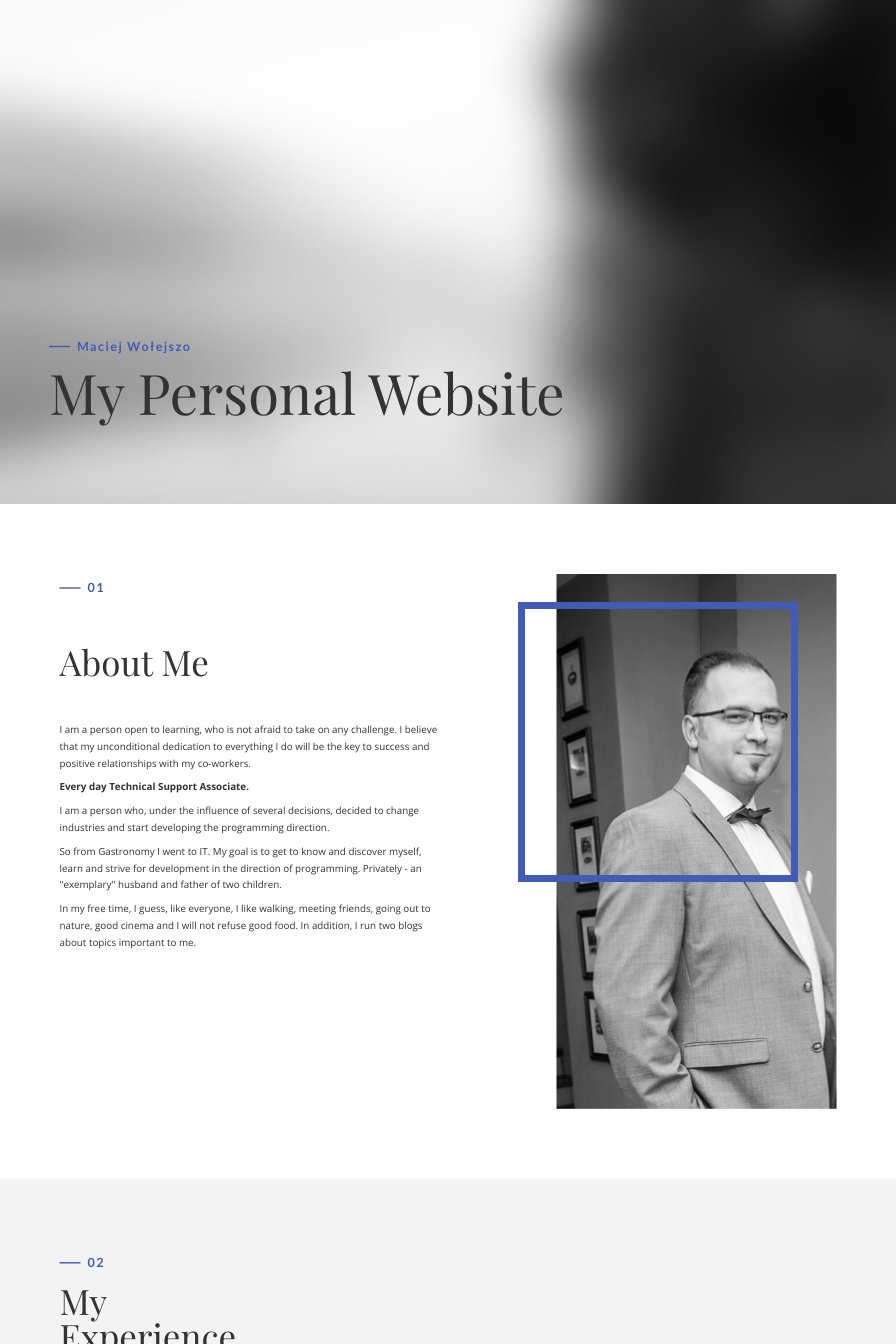
Repository: Maciej85Lodz/maciejwolejszo.pl
Page: index.html
The author's editor kept a copy of each file at every save. The page is drawn from the files as they stood at one save, then again after the next save.
The browser window is 1280 px wide. The pictures show the part of the page from y = 0 to 1920 px (the page is 5976 px tall), at 70% of full size.
Some icons come from a web library that is not loaded, so they are not drawn. Some web fonts or font styles are not loaded; a fallback is used. Some web libraries are served in a nearby version.

Above is the page before, as saved 2019-07-01 14:01:22.

After the next save:
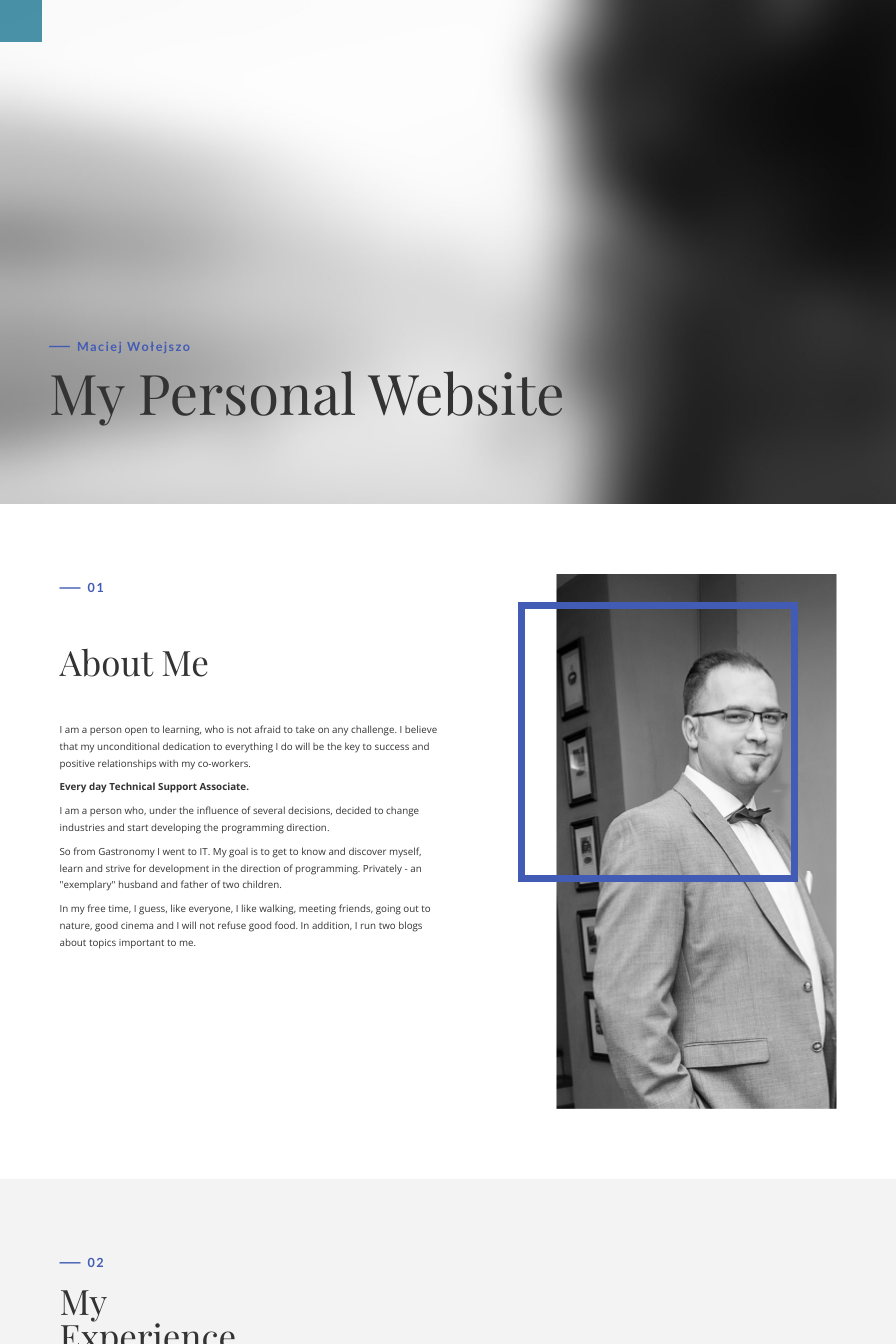
Saved 29 s later.
--- a/css/menu.css
+++ b/css/menu.css
@@ -41,7 +41,7 @@
     width: 60px;
     height: 60px;
     padding: 1rem;
-    /*background: var(--primary-color);*/
+    background: var(--primary-color);
     display: flex;
     align-items: center;
     justify-content: center;

After the 2 saves that followed:
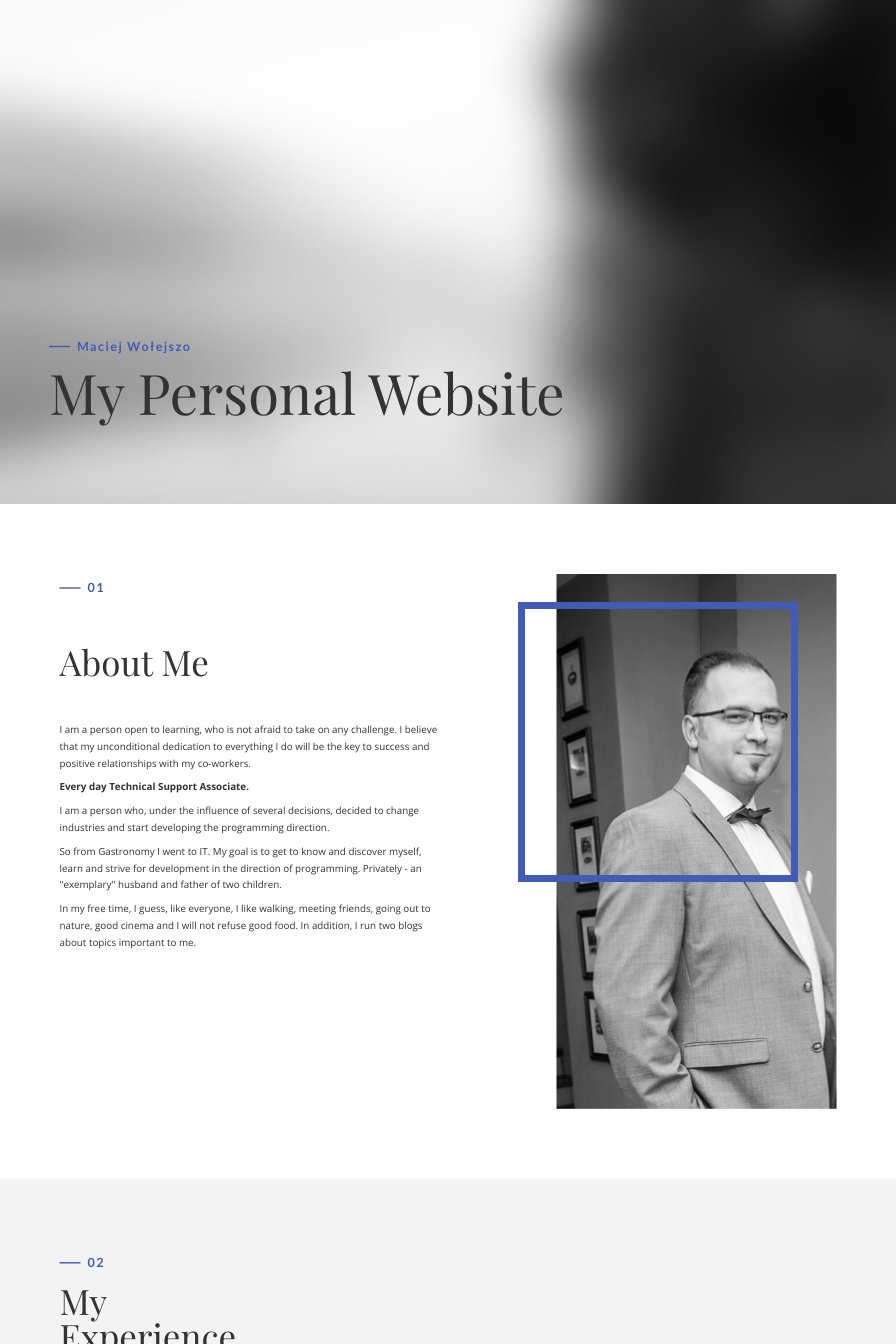
The 2 saves are shown as one change because 1 left the picture as it was.
The last was saved 47 s later.
--- a/css/menu.css
+++ b/css/menu.css
@@ -41,7 +41,7 @@
     width: 60px;
     height: 60px;
     padding: 1rem;
-    background: var(--primary-color);
+    /*background: var(--primary-color);*/
     display: flex;
     align-items: center;
     justify-content: center;
@@ -60,6 +60,7 @@
     align-items: center;
     justify-content: center;
     transition: all 0.4s ease;
+    color: black;
 }
 
 
